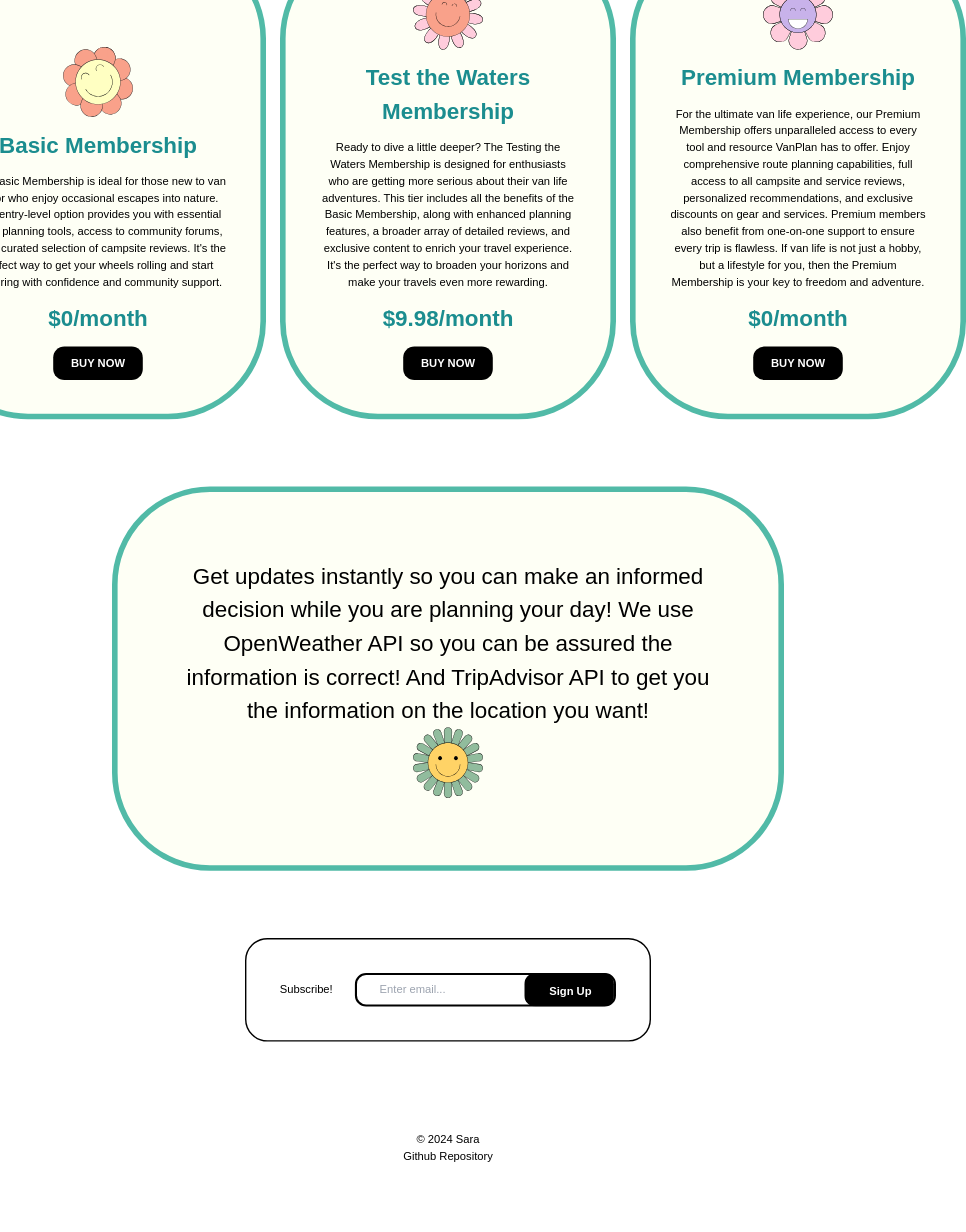
Repository: SaraShio/landing-page
Page: /
The author's editor kept a copy of each file at every save. The page is drawn from the files as they stood at one save, then again after the next save.
The browser window is 1280 px wide. The page is 1380 px wide, so the pictures cover 1380 px, including what lies to the right of the window. The pictures show the part of the page from y = 960 to 2720 px (the page is 2720 px tall before and 2624 px after), at 70% of full size.
The project was rebuilt for these pictures with package versions that can differ from the ones it lists, and the page was loaded fresh each time. The framework's server and built-in components were replaced by stand-ins that run in the browser. Also part of the build but not shown: next.config.mjs.

Above is the page before, as saved 2024-03-08 22:21:14.

### src/pages/index.tsx
//import Spline from '@splinetool/react-spline';

import Image from "next/image";

import Header from "../../components/Header";
import Hero from "../../components/Hero";
import PriceCards from '../../components/PriceCards';
import SubBanner from "../../components/SubBanner";
import Subscribe from "../../components/Subscribe";
import Footer from "../../components/Footer";

export default function Home() {
  return (
    <main className={`flex min-h-screen flex-col items-center justify-between p-24`}>
      <Header />
      <Hero/>
      <PriceCards/>
      <SubBanner/>
      <Subscribe/>
      <Footer />
    </main>
  );
}

### src/styles/globals.css
@tailwind base;
@tailwind components;
@tailwind utilities;

@import url('https://fonts.googleapis.com/css2?family=Nunito:wght@400;600;700&display=swap');

:root {
 --black:#000000;
 --white: #FFFFFF;
 --light-gray: #fefff5;
 --gray: #B6B6B6;
 --teal: #26A8AB;
 --dark-teal: #1b8d8f;
 --mint: #51BAA7;
 --salmon: #DB7F73;
 --light-green: #DCDFCC;

 --card-padding: 3rem;
 --sub-banner-padding: 6rem;
}

body {
  font-family: 'Nunito', sans-serif;
  background-color: var(--white);
}

### components/Header/index.tsx
import Image from "next/image";
import styles from "./Header.module.css";

export default function Header() {
  return (
    <>
      <div className={styles.header_container}>
        <div className={styles.logo_img}>
          <Image
            src="/images/green_logo.svg"
            alt="VanPlan Logo"
            width={400}
            height={400}
          />
        </div>

        <div className={styles.input_container}>
        <form>
            <input type="text" placeholder="Enter email...">

            </input>
        </form>
        <button className={styles.signup_button}>Sign Up</button>
        </div>
      </div>
    </>
  );
}

### components/Hero/index.tsx
import { style } from "@mui/system";
import Image from "next/image";
import styles from "./Hero.module.css";

export default function Hero() {
  return (
    <>
      <div className={styles.hero_container}>
        <Image src="/images/test1.jpeg" alt="Test" width={600} height={600} />

        <div className={styles.info_container}>
          <h1 className={styles.title}>Welcome!</h1>
          <h1 className={styles.subtitle}>Plan your day in<br></br>Vancouver</h1>

          <button className={styles.download_button}>FREE DOWNLOAD</button>
        </div>
      </div>
    </>
  );
}

### components/PriceCards/index.tsx
import styles from './PriceCards.module.css';

import CardOne from "../CardOne";
import CardTwo from "../CardTwo";
import CardThree from "../CardThree";

export default function PriceCards() {
  return (
    <>
      <div className={styles.price_card_container}>
        <CardOne />
        <CardTwo />
        <CardThree />
      </div>
    </>
  );
}

### components/SubBanner/index.tsx
import Image from "next/image";
import styles from "./SubBanner.module.css";


export default function SubBanner() {
  return (
    <main className={styles.sub_banner_container}>

    <h1>Get updates instantly so you can make an informed decision while you are planning your day! We use OpenWeather API so you can be assured the information is correct! And TripAdvisor API to get you the information on the location you want!</h1>

    <Image src="/images/test5.svg" alt="Test" width={100} height={100} />


    </main>
  );
}

### components/Subscribe/index.tsx
import Image from "next/image";
import styles from "./Subscribe.module.css";

export default function Subscribe() {
  return (
    <main className={styles.subscribe_container}>
      <h1>Subscribe!</h1>

      <form className={styles.input_container}>
        <input type="text" placeholder="Enter email..."></input>
        <button className={styles.signup_button}>Sign Up</button>
      </form>

    </main>
  );
}

### components/Footer/index.tsx
import Image from 'next/image';
import styles from './Footer.module.css';

export default function Footer(){
    return (
        <>
            <footer className={styles.footer_container}>
                <p>&copy; {new Date().getFullYear()} Sara</p>
                <a href="https://github.com/Haydenleung/MDIA-3109-Final-Project.git" target="_blank" rel="noopener noreferrer">Github Repository</a>
            </footer>
        </>
    )
}

### components/Header/Header.module.css
.header_container{
    display: flex;
    justify-content: space-between;
    align-items: center;
    width: 100vw;
    padding-right: 4rem;
    padding-left: 4rem;
  }

  .signup_button{
    border: 3px solid var(--black);
    border-right: none;
    border-radius: 1rem;
    padding: 12px;
    width: 8rem;
    height: 3rem;
    background-color: var(--black);
    color: var(--white);
    font-weight: 600;
  }

  .input_container{
    display: flex;
    align-items: center;
    border: 3px solid var(--black);
    border-radius: 1rem;
    height: 3rem;
    padding-left: 2rem;
  }

### components/Hero/Hero.module.css
.hero_container {
    color: var(--salmon);
    padding: 120px;
    text-align: left;
    display: flex;
    flex-direction: row;
    align-items: center;
    justify-content: center;
    background-color: var(--light-gray);
    border: 8px solid var(--mint);
    border-radius: 140px;
    margin-top: 2rem;
    margin-bottom: 6rem;
}

.info_container{
padding-left: 1rem;
}

.title {
    font-size: 4rem;
    font-weight: bold;
    color: var(--dark-teal);
}

.subtitle {
    font-size: 2rem;
    padding-bottom: 2rem;
}

.download_button {
    border: none;
    border-radius: 1rem;
    padding: 12px;
    width: 16rem;
    height: 3rem;
    background-color: var(--black);
    color: var(--white);
    font-weight: 800;
    cursor: pointer;
    position: absolute;

  }

  .download_button:hover {
    background-color: var(--white);
    color: var(--dark-teal);
    border: 2px solid var(--dark-teal);
    width: 18rem;
    height: 3rem;
  }

### components/PriceCards/PriceCards.module.css
.price_card_container {
    display: flex;
    flex-direction: row;
    align-items: stretch;
    justify-content: space-around;
    gap: 20px;
  }

### components/CardOne/index.tsx
import Image from "next/image";
import styles from "./CardOne.module.css";

export default function CardOne() {
  return (
    <>
      <div className={styles.card_one_container}>
        <Image src="/images/test2.svg" alt="Test" width={100} height={100} />
        <h1>Basic Membership</h1>
        <p>
          Our Basic Membership is ideal for those new to van life or who enjoy
          occasional escapes into nature. This entry-level option provides you
          with essential route planning tools, access to community forums, and a
          curated selection of campsite reviews. It's the perfect way to get
          your wheels rolling and start exploring with confidence and community
          support.
        </p>

        <h1>$0/month</h1>

        <button className={styles.buy_button}>BUY NOW</button>
      </div>
    </>
  );
}

### components/CardTwo/index.tsx
import Image from "next/image";
import styles from "./CardTwo.module.css";

export default function CardTwo() {
  return (
    <>
      <div className={styles.card_two_container}>
      <Image src="/images/test3.svg" alt="Test" width={100} height={100} />
      <h1>Test the Waters Membership</h1>
      <p>Ready to dive a little deeper? The Testing the Waters Membership is designed for enthusiasts who are getting more serious about their van life adventures. This tier includes all the benefits of the Basic Membership, along with enhanced planning features, a broader array of detailed reviews, and exclusive content to enrich your travel experience. It's the perfect way to broaden your horizons and make your travels even more rewarding.</p>

      <h1>$9.98/month</h1>

      <button className={styles.buy_button}>BUY NOW</button>
      </div>
    </>
  );
}

### components/CardThree/index.tsx
import Image from "next/image";
import styles from "./CardThree.module.css";

export default function CardThree() {
  return (
    <>
      <div className={styles.card_three_container}>
        <Image src="/images/test4.svg" alt="Test" width={100} height={100} />
        <h1>Premium Membership</h1>
        <p>
          For the ultimate van life experience, our Premium Membership offers
          unparalleled access to every tool and resource VanPlan has to offer.
          Enjoy comprehensive route planning capabilities, full access to all
          campsite and service reviews, personalized recommendations, and
          exclusive discounts on gear and services. Premium members also benefit
          from one-on-one support to ensure every trip is flawless. If van life
          is not just a hobby, but a lifestyle for you, then the Premium
          Membership is your key to freedom and adventure.
        </p>

        <h1>$0/month</h1>

        <button className={styles.buy_button}>BUY NOW</button>
      </div>
    </>
  );
}

### components/SubBanner/SubBanner.module.css
.sub_banner_container{
    border: 8px solid var(--mint);
    border-radius: 140px;
    background-color: var(--light-gray);
    padding: var(--sub-banner-padding);
    width: 60rem;
    display: flex;
    flex-direction: column;
    justify-content: center;
    align-items: center;
    text-align: center;
    font-size: 2rem;
    margin-top: 6rem;
    margin-bottom: 6rem;
}

### components/Subscribe/Subscribe.module.css
.subscribe_container{
    display: flex;
    flex-direction: row;
    align-items: center;
    border: 2px solid var(--black);
    border-radius: 2rem;
    padding: var(--card-padding);
}

.signup_button{
    border: 3px solid var(--black);
    border-right: none;
    border-radius: 1rem;
    padding: 12px;
    width: 8rem;
    height: 3rem;
    background-color: var(--black);
    color: var(--white);
    font-weight: 600;
  }

  .input_container{
    display: flex;
    align-items: center;
    border: 3px solid var(--black);
    border-radius: 1rem;
    height: 3rem;
    padding-left: 2rem;
    margin-left: 2rem;
  }

### components/Footer/Footer.module.css
.footer_container {
    display: flex;
    flex-direction: column;
    justify-content: center;
    align-items: center;
    width: 100vw;
    padding-top: 8rem;
}

### components/CardOne/CardOne.module.css
.card_one_container {
    border: 8px solid var(--mint);
    border-radius: 140px;
    padding: var(--card-padding);
    background-color: var(--light-gray);
    width: 30rem;
    display: flex;
    flex-direction: column;
    justify-content: end;
    align-items: center;
    text-align: center;
  }

  .card_one_container > h1 {
    font-size: 2rem;
    color: var(--dark-teal);
    font-weight: bold;
    margin-top: 1rem;
    margin-bottom: 1rem;
    text-align: center;
  }

  .buy_button {
    border: none;
    border-radius: 1rem;
    padding: 12px;
    width: 8rem;
    height: 3rem;
    background-color: var(--black);
    color: var(--white);
    font-weight: 800;
    cursor: pointer;
  }

  .buy_button:hover {
    background-color: var(--white);
    color: var(--dark-teal);
    border: 2px solid var(--dark-teal);
    width: 10rem;
    height: 3rem;
  }

### components/CardTwo/CardTwo.module.css
.card_two_container {
  border: 8px solid var(--mint);
  border-radius: 140px;
  padding: var(--card-padding);
  background-color: var(--light-gray);
  width: 30rem;
  display: flex;
  flex-direction: column;
  justify-content: center;
  align-items: center;
  text-align: center;
}

.card_two_container > h1 {
  font-size: 2rem;
  color: var(--dark-teal);
  font-weight: bold;
  margin-top: 1rem;
  margin-bottom: 1rem;
  text-align: center;
}

.buy_button {
  border: none;
  border-radius: 1rem;
  padding: 12px;
  width: 8rem;
  height: 3rem;
  background-color: var(--black);
  color: var(--white);
  font-weight: 800;
  cursor: pointer;
}

.buy_button:hover {
  background-color: var(--white);
  color: var(--dark-teal);
  border: 2px solid var(--dark-teal);
  width: 10rem;
  height: 3rem;
}

### components/CardThree/CardThree.module.css
.card_three_container {
  border: 8px solid var(--mint);
  border-radius: 140px;
  background-color: var(--light-gray);
  padding: var(--card-padding);
  width: 30rem;
  display: flex;
  flex-direction: column;
  justify-content: center;
  align-items: center;
  text-align: center;
}

.card_three_container > h1 {
  font-size: 2rem;
  color: var(--dark-teal);
  font-weight: bold;
  margin-top: 1rem;
  margin-bottom: 1rem;
  text-align: center;
}

.buy_button {
  border: none;
  border-radius: 1rem;
  padding: 12px;
  width: 8rem;
  height: 3rem;
  background-color: var(--black);
  color: var(--white);
  font-weight: 800;
  cursor: pointer;
}

.buy_button:hover {
  background-color: var(--white);
  color: var(--dark-teal);
  border: 2px solid var(--dark-teal);
  width: 10rem;
  height: 3rem;
}

Loaded but not shown: src/pages/_app.tsx (common file); src/pages/_document.tsx (common file); tailwind.config.ts (common file)

After the next save:
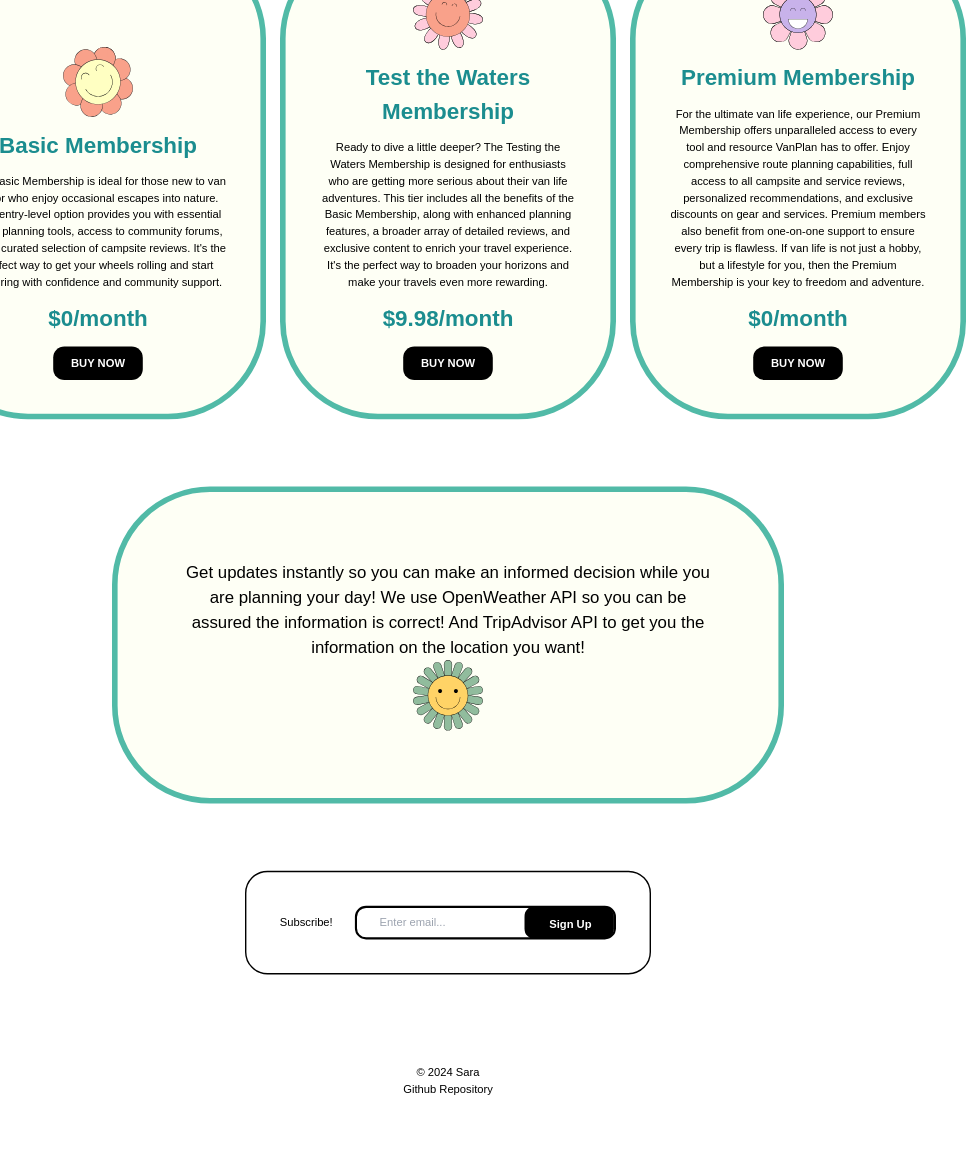
Saved 4 s later.
--- a/components/SubBanner/SubBanner.module.css
+++ b/components/SubBanner/SubBanner.module.css
@@ -9,7 +9,7 @@
     justify-content: center;
     align-items: center;
     text-align: center;
-    font-size: 2rem;
+    font-size: 1.5rem;
     margin-top: 6rem;
     margin-bottom: 6rem;
 }
